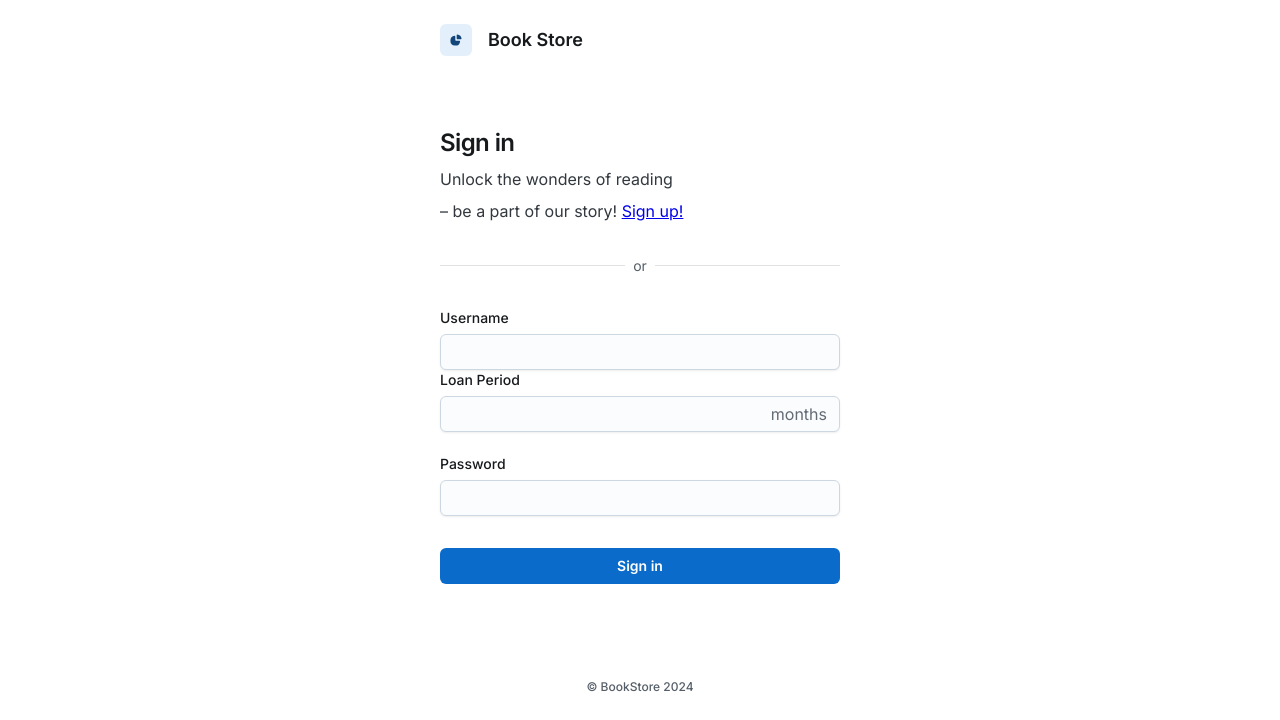
Repository: LaurentiusKevin/bookstore-fe
Page: /auth/login
These files come from the project's save history. The page is drawn as it stood at one moment and after the next save; the edit follows.
The browser window is 1280 px wide. The pictures show the whole page.
The project was rebuilt for these pictures with package versions that can differ from the ones it lists, and the page was loaded fresh each time. The framework's server and built-in components were replaced by stand-ins that run in the browser. Also part of the build but not shown: next.config.mjs.

Above is the page before, as saved 2024-04-07 01:02:54.

### src/app/layout.tsx
import type { Metadata } from "next";
import { Inter } from "next/font/google";
import "@fontsource/inter";
import ThemeRegistry from "@/components/admin/theme-registry";
import { Providers } from "@/providers";
import { ReactNode } from "react";

const inter = Inter({ subsets: ["latin"] });

export const metadata: Metadata = {
  title: "Create Next App",
  description: "Generated by create next app",
};

export default function RootLayout({
  children,
}: Readonly<{
  children: ReactNode;
}>) {
  return (
    <html lang="en">
      <body>
        <ThemeRegistry options={{ key: "joy" }}>
          <Providers>{children}</Providers>
        </ThemeRegistry>
      </body>
    </html>
  );
}

### src/app/auth/login/page.tsx
"use client";

import {
  Box,
  Button,
  Checkbox,
  CssBaseline,
  CssVarsProvider,
  Divider,
  FormControl,
  FormLabel,
  formLabelClasses,
  GlobalStyles,
  IconButton,
  Input,
  Stack,
  Typography,
} from "@mui/joy";
import { HiMiniChartPie } from "react-icons/hi2";
import Link from "next/link";
import { BsGoogle } from "react-icons/bs";
import { useRouter } from "next/navigation";
import { useForm } from "react-hook-form";
import SnackbarCustom from "@/components/snackbar-custom";
import { useState } from "react";
import FormInput, { InputType } from "@/components/form-input";

interface FormData {
  email: string;
  password: string;
}

export default function AuthSignIn() {
  const route = useRouter();
  const [snackbarOpen, setSnackbarOpen] = useState(false);
  const [snackbarColor, setSnackbarColor] = useState("");
  const [snackbarContent, setSnackbarContent] = useState("");

  const {
    register,
    handleSubmit,
    watch,
    setValue,
    resetField,
    formState: { errors },
  } = useForm<FormData>();

  const onSignIn = (data: FormData) => {
    // void authMutation.mutate(data);
  };

  return (
    <CssVarsProvider defaultMode="dark" disableTransitionOnChange>
      <CssBaseline />
      <GlobalStyles
        styles={{
          ":root": {
            "--Collapsed-breakpoint": "769px", // form will stretch when viewport is below `769px`
            "--Cover-width": "50vw", // must be `vw` only
            "--Form-maxWidth": "800px",
            "--Transition-duration": "0.4s", // set to `none` to disable transition
          },
        }}
      />
      <Box
        sx={(theme) => ({
          transition: "width var(--Transition-duration)",
          transitionDelay: "calc(var(--Transition-duration) + 0.1s)",
          position: "relative",
          zIndex: 1,
          display: "flex",
          justifyContent: "center",
          backdropFilter: "blur(12px)",
          backgroundColor: "rgba(255 255 255 / 0.2)",
          [theme.getColorSchemeSelector("dark")]: {
            backgroundColor: "rgba(19 19 24 / 0.4)",
          },
        })}
      >
        <Box
          sx={{
            display: "flex",
            flexDirection: "column",
            minHeight: "100dvh",
            maxWidth: "100%",
            px: 2,
          }}
        >
          <Box
            component="header"
            sx={{
              py: 3,
              display: "flex",
              alignItems: "left",
              justifyContent: "space-between",
            }}
          >
            <Box sx={{ gap: 2, display: "flex", alignItems: "center" }}>
              <IconButton variant="soft" color="primary" size="sm">
                <HiMiniChartPie />
              </IconButton>
              <Typography level="title-lg">Book Store</Typography>
            </Box>
            {/*<ColorSchemeToggle />*/}
          </Box>
          <Box
            component="main"
            sx={{
              my: "auto",
              py: 2,
              pb: 5,
              display: "flex",
              flexDirection: "column",
              gap: 2,
              width: 400,
              maxWidth: "100%",
              mx: "auto",
              borderRadius: "sm",
              "& form": {
                display: "flex",
                flexDirection: "column",
                gap: 2,
              },
              [`& .${formLabelClasses.asterisk}`]: {
                visibility: "hidden",
              },
            }}
          >
            <Stack gap={4} sx={{ mb: 2 }}>
              <Stack gap={1}>
                <Typography level="h3">Sign in</Typography>
                <Typography>Unlock the wonders of reading</Typography>
                <Typography>
                  – be a part of our story!{" "}
                  <Link href="#replace-with-a-link">Sign up!</Link>
                </Typography>
              </Stack>
            </Stack>
            <Divider
              sx={(theme) => ({
                [theme.getColorSchemeSelector("light")]: {
                  color: { xs: "#FFF", md: "text.tertiary" },
                  "--Divider-lineColor": {
                    xs: "#FFF",
                    md: "var(--joy-palette-divider)",
                  },
                },
              })}
            >
              or
            </Divider>
            <Stack gap={4} sx={{ mt: 2 }}>
              <form onSubmit={handleSubmit(onSignIn)}>
                <FormControl required>
                  <FormLabel>Username</FormLabel>
                  <Input
                    {...register("email", { required: "Required!" })}
                    type="email"
                    name="email"
                  />
                  <FormInput
                    register={register("email", {
                      required: "Required!",
                    })}
                    label="Loan Period"
                    type={InputType.TEXT_INPUT}
                    endDecorator={<div>months</div>}
                  />
                </FormControl>
                <FormControl required>
                  <FormLabel>Password</FormLabel>
                  <Input
                    {...register("password", { required: "Required!" })}
                    type="password"
                    name="password"
                  />
                </FormControl>
                <Stack gap={4} sx={{ mt: 2 }}>
                  <Button type="submit" fullWidth>
                    Sign in
                  </Button>
                </Stack>
              </form>
            </Stack>
          </Box>
          <Box component="footer" sx={{ py: 3 }}>
            <Typography level="body-xs" textAlign="center">
              © BookStore {new Date().getFullYear()}
            </Typography>
          </Box>
        </Box>
      </Box>
      <SnackbarCustom
        autoHideDuration={5000}
        variant="soft"
        onClose={() => setSnackbarOpen(false)}
        open={snackbarOpen}
      >
        {snackbarContent}
      </SnackbarCustom>
    </CssVarsProvider>
  );
}

### src/components/admin/theme-registry.tsx
"use client";
import createCache from "@emotion/cache";
import { useServerInsertedHTML } from "next/navigation";
import { CacheProvider } from "@emotion/react";
import { CssVarsProvider } from "@mui/joy/styles";
import CssBaseline from "@mui/joy/CssBaseline";
import * as React from "react";
import { ReactNode } from "react";

// This implementation is from emotion-js
// https://github.com/emotion-js/emotion/issues/2928#issuecomment-1319747902
export default function ThemeRegistry(props: {
  options: { key: string };
  children: ReactNode;
}) {
  const { options, children } = props;

  const [{ cache, flush }] = React.useState(() => {
    const cache = createCache(options);
    cache.compat = true;
    const prevInsert = cache.insert;
    let inserted: string[] = [];
    cache.insert = (...args) => {
      const serialized = args[1];
      if (cache.inserted[serialized.name] === undefined) {
        inserted.push(serialized.name);
      }
      return prevInsert(...args);
    };
    const flush = () => {
      const prevInserted = inserted;
      inserted = [];
      return prevInserted;
    };
    return { cache, flush };
  });

  useServerInsertedHTML(() => {
    const names = flush();
    if (names.length === 0) {
      return null;
    }
    let styles = "";
    for (const name of names) {
      styles += cache.inserted[name];
    }
    return (
      <style
        key={cache.key}
        data-emotion={`${cache.key} ${names.join(" ")}`}
        dangerouslySetInnerHTML={{
          __html: styles,
        }}
      />
    );
  });

  return (
    <CacheProvider value={cache}>
      <CssVarsProvider>
        {/* the custom theme is optional */}
        <CssBaseline />
        {children}
      </CssVarsProvider>
    </CacheProvider>
  );
}

### src/providers.tsx
"use client";

import React, { ReactNode } from "react";

export function Providers({ children }: { children: ReactNode }) {
  return <>{children}</>;
}

### src/components/snackbar-custom.tsx
import { Snackbar, SnackbarProps } from "@mui/joy";
import { UseSnackbarParameters } from "@mui/base";
import { ReactNode } from "react";

interface SnackbarCustomInterface extends UseSnackbarParameters {
  children: ReactNode;
}

export default function SnackbarCustom({
  autoHideDuration,
  open,
  onClose,
  color,
  variant,
  children,
}: SnackbarCustomInterface & SnackbarProps) {
  return (
    <Snackbar
      autoHideDuration={autoHideDuration}
      open={open}
      onClose={onClose}
      color={color}
      variant={variant}
    >
      {children}
    </Snackbar>
  );
}

### src/components/form-input.tsx
import { FormControl, FormLabel, Input, Option, Select } from "@mui/joy";
import Textarea from "@mui/joy/Textarea";
import React, { ChangeEvent } from "react";
import FormHelperText from "@mui/joy/FormHelperText";
import { NumericFormat } from "react-number-format";
import { Control, Controller, FieldValue } from "react-hook-form";

export enum InputType {
  TEXT_AREA,
  DATE_INPUT,
  NUMERIC,
  TEXT_INPUT,
  SELECT,
}

export default function FormInput({
  label,
  type,
  register,
  error,
  endDecorator,
  control,
  children,
  defaultValue,
}: Readonly<{
  label: string;
  type: InputType;
  register?: any;
  error?: any;
  endDecorator?: any;
  value?: string;
  onChange?: (newValue: ChangeEvent) => void;
  control?: Control<FieldValue<any>>;
  children?: any;
  defaultValue?: any;
}>) {
  return (
    <FormControl error={error?.message !== undefined}>
      <FormLabel>{label}</FormLabel>
      {type === InputType.TEXT_INPUT && (
        <Input
          {...register}
          endDecorator={endDecorator}
          // value={value}
        />
      )}
      {type === InputType.TEXT_AREA && (
        <Controller
          control={control}
          name={register.name}
          render={({ field: { onChange, name, value } }) => (
            <Textarea
              {...register}
              minRows={3}
              value={value}
              onChange={(event) => onChange(event.currentTarget.value)}
            />
            // <NumericFormat
            //   customInput={Input}
            //   prefix="Rp "
            //   decimalSeparator=","
            //   thousandSeparator="."
            //   name={name}
            //   value={value}
            //   onValueChange={(item) => onChange(item.value)}
            // />
          )}
        />
      )}
      {type === InputType.DATE_INPUT && (
        <Input
          {...register}
          type="date"
          // value={value}
          // onChange={(newValue) => setValue(newValue.currentTarget.value ?? "")}
        />
      )}
      {type === InputType.SELECT && <Select {...register}>{children}</Select>}
      {type === InputType.NUMERIC && (
        <Controller
          control={control}
          name={register.name}
          defaultValue={defaultValue}
          render={({ field: { onChange, name, value } }) => (
            <NumericFormat
              customInput={Input}
              prefix="Rp "
              decimalSeparator=","
              thousandSeparator="."
              name={name}
              value={value}
              onValueChange={(item) => onChange(item.value)}
            />
          )}
        />
      )}
      <FormHelperText>{error?.message}</FormHelperText>
    </FormControl>
  );
}

After the next save:
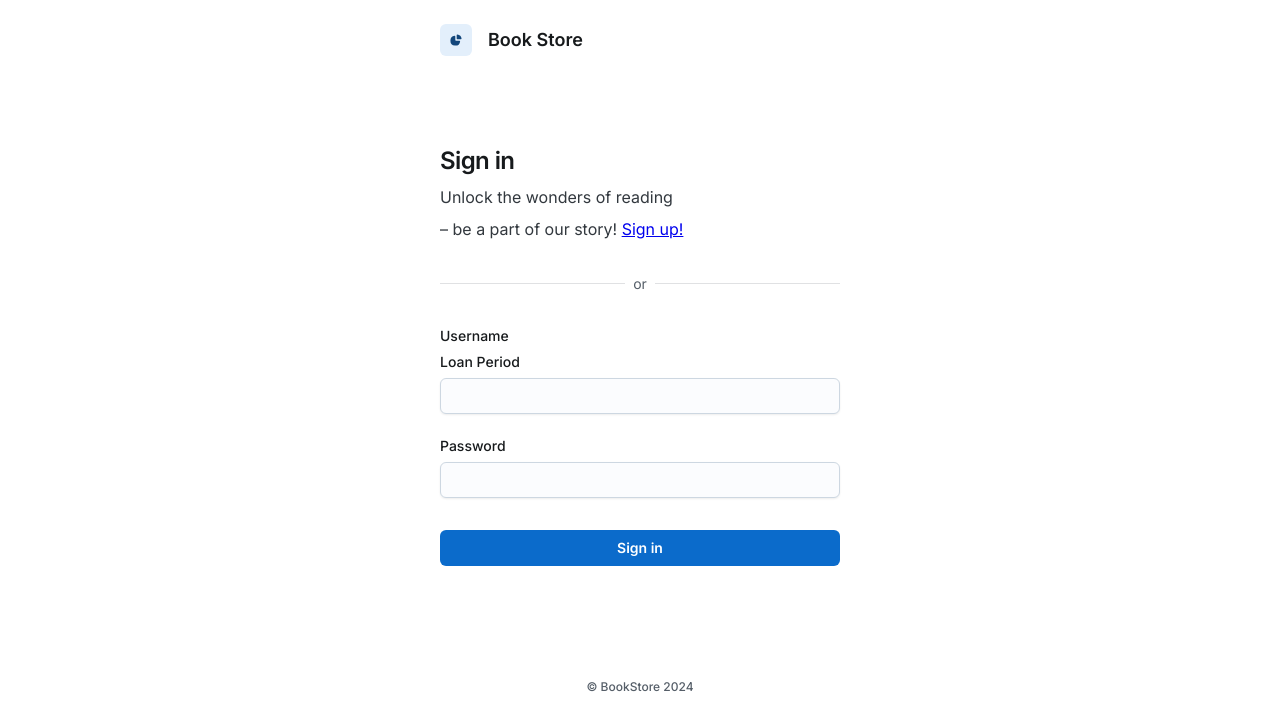
Saved 11 s later.
--- a/src/app/auth/login/page.tsx
+++ b/src/app/auth/login/page.tsx
@@ -153,18 +153,12 @@ export default function AuthSignIn() {
               <form onSubmit={handleSubmit(onSignIn)}>
                 <FormControl required>
                   <FormLabel>Username</FormLabel>
-                  <Input
-                    {...register("email", { required: "Required!" })}
-                    type="email"
-                    name="email"
-                  />
                   <FormInput
                     register={register("email", {
                       required: "Required!",
                     })}
                     label="Loan Period"
                     type={InputType.TEXT_INPUT}
-                    endDecorator={<div>months</div>}
                   />
                 </FormControl>
                 <FormControl required>
